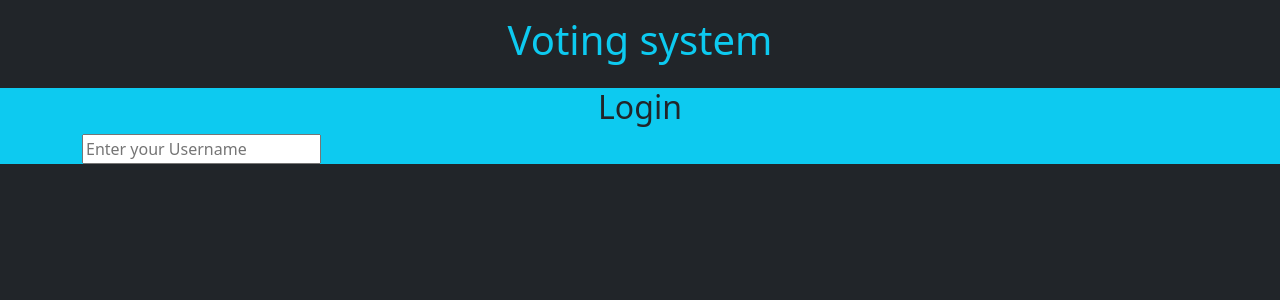
Repository: AvinashLikesToLearnNewStuff/VotingSite
Page: http://localhost/
An editor plug-in stored every save of this project. The page is shown before and after the next save, followed by the edit.
The browser window is 1280 px wide. The pictures show the whole page.
The page is run by PHP 8.4 with error messages shown; the project is at /var/www/html/.

Above is the page before, as saved 2023-03-09 09:50:27.

After the next save:
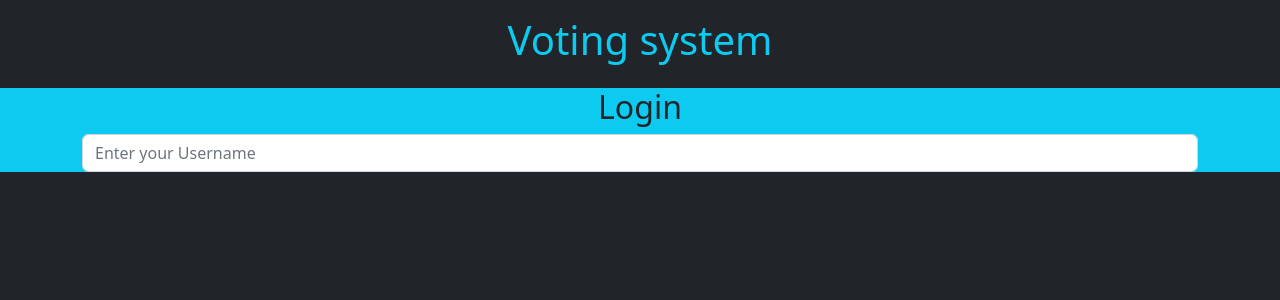
Saved 37 s later.
--- a/index.php
+++ b/index.php
@@ -15,7 +15,7 @@
         <div class="container">
             <form action="">
                 <div class="mb3">
-                    <input type="text" name="username" placeholder="Enter your Username" required= "required">
+                    <input type="text" name="username" class="form-control" placeholder="Enter your Username" required= "required">
                 </div>
             </form>
         </div>
